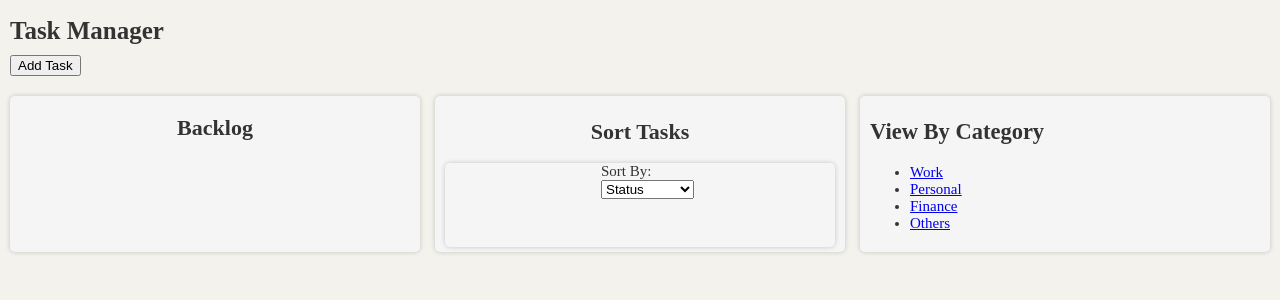
Repository: n-shen/task-tracker
Page: / (app in frontend/)
An editor plug-in stored every save of this project. The page is shown before and after the next save, followed by the edit.
The browser window is 1280 px wide. The pictures show the whole page.
The project was rebuilt for these pictures with package versions that can differ from the ones it lists, and the page was loaded fresh each time. Also part of the build but not shown: frontend/src/components/taskManager/addTask.jsx, frontend/src/components/tasks/task.jsx, frontend/src/components/taskManager/categoryTasks.jsx. Imported but missing from the stored project, and not drawn on this page: frontend/src/reportWebVitals.

Above is the page before, as saved 2023-04-20 14:12:32.

### frontend/public/index.html
<!DOCTYPE html>
<html lang="en">
  <head>
    <meta charset="utf-8" />
    <link rel="icon" href="%PUBLIC_URL%/favicon.ico" />
    <meta name="viewport" content="width=device-width, initial-scale=1" />
    <meta name="theme-color" content="#000000" />
    <meta
      name="description"
      content="Web site created using create-react-app"
    />
    <link rel="apple-touch-icon" href="%PUBLIC_URL%/logo192.png" />
    <!--
      manifest.json provides metadata used when your web app is installed on a
      user's mobile device or desktop. See https://developers.google.com/web/fundamentals/web-app-manifest/
    -->
    <link rel="manifest" href="%PUBLIC_URL%/manifest.json" />
    <!--
      Notice the use of %PUBLIC_URL% in the tags above.
      It will be replaced with the URL of the `public` folder during the build.
      Only files inside the `public` folder can be referenced from the HTML.

      Unlike "/favicon.ico" or "favicon.ico", "%PUBLIC_URL%/favicon.ico" will
      work correctly both with client-side routing and a non-root public URL.
      Learn how to configure a non-root public URL by running `npm run build`.
    -->
    <title>Task Tracker App</title>
  </head>
  <body>
    <noscript>You need to enable JavaScript to run this app.</noscript>
    <div id="root"></div>
    <!--
      This HTML file is a template.
      If you open it directly in the browser, you will see an empty page.

      You can add webfonts, meta tags, or analytics to this file.
      The build step will place the bundled scripts into the <body> tag.

      To begin the development, run `npm start` or `yarn start`.
      To create a production bundle, use `npm run build` or `yarn build`.
    -->
  </body>
</html>

### frontend/src/index.js
import React from "react";
import ReactDOM from "react-dom/client";
import "./styles/index.css";
import App from "./App";
import reportWebVitals from "./reportWebVitals";
import { BrowserRouter } from "react-router-dom";

const root = ReactDOM.createRoot(document.getElementById("root"));
root.render(
  <React.StrictMode>
    <BrowserRouter>
      <App />
    </BrowserRouter>
  </React.StrictMode>
);

// If you want to start measuring performance in your app, pass a function
// to log results (for example: reportWebVitals(console.log))
// or send to an analytics endpoint. Learn more: https://bit.ly/CRA-vitals
reportWebVitals();

### frontend/src/styles/index.css
body {
  margin: 0;
  font-family: -apple-system, BlinkMacSystemFont, 'Segoe UI', 'Roboto', 'Oxygen',
    'Ubuntu', 'Cantarell', 'Fira Sans', 'Droid Sans', 'Helvetica Neue',
    sans-serif;
  -webkit-font-smoothing: antialiased;
  -moz-osx-font-smoothing: grayscale;
  background-color: #f2f5f5;
}

code {
  font-family: source-code-pro, Menlo, Monaco, Consolas, 'Courier New',
    monospace;
}

html {
  font-size: 62.5%;
}

### frontend/src/App.js
import React from "react";
import TaskManager from "./components/taskManager/manager";


function App() {
  return (
    <div className="App">
      <TaskManager />
    </div>
  );
}

export default App;

### frontend/src/components/taskManager/manager.jsx
import React, { useState, useEffect } from "react";
import AddTaskForm from "./addTask";
import TaskList from "../tasks/taskLists";
import SortTasks from "./sortTasks";
import ViewByCategory from "./viewByCategory";
import CategoryTask from "./categoryTasks";
import { Routes, Route } from "react-router-dom";
import "../../styles/manager.css";

const TaskManager = () => {
  const [tasks, setTasks] = useState(
    JSON.parse(localStorage.getItem("tasks")) || []
  );
  const [showAddTask, setShowAddTask] = useState(false);

  useEffect(() => {
    localStorage.setItem("tasks", JSON.stringify(tasks));
  }, [tasks]);

  const handleAddTask = (task) => {
    setTasks([...tasks, task]);
    setShowAddTask(false);
  };

  const handleShowAddTask = () => {
    setShowAddTask(true);
  };

  const handleHideAddTask = () => {
    setShowAddTask(false);
  };

  const handleDeleteTask = (index) => {
    const newTasks = [...tasks];
    newTasks.splice(index, 1);
    setTasks(newTasks);
  };

  const handleEditTask = (index, newTask) => {
    const newTasks = [...tasks];
    newTasks[index] = newTask;
    setTasks(newTasks);
  };

  return (
    <div className="taskManager">
      <div className="taskManager--wrapper">
        <h1 className="taskManager--title">Task Manager</h1>
          <div className="taskManager--addTask">
            <div className="taskManager--addTask__btn">
              <button onClick={handleShowAddTask} className="addTask-btn">
                Add Task
              </button>
            </div>
            <div className="taskManager--addTask__container">
              {showAddTask && (
                <AddTaskForm
                  onAdd={handleAddTask}
                  onHideAddTask={handleHideAddTask}
                />
              )}
            </div>
          </div>
          <div className="taskManager--grid">
          <div className="taskManager--taskList">
            <TaskList
              tasks={tasks}
              onDelete={handleDeleteTask}
              onEdit={handleEditTask}
            />
          </div>
          <div className="taskManager--sort">
            <SortTasks tasks={tasks} />
          </div>
          <div className="taskManager--view">
            <Routes>
              <Route path="/" element={<ViewByCategory tasks={tasks} />} />
              <Route
                path="/category/:category"
                element={<CategoryTask tasks={tasks} />}
              />
            </Routes>
          </div>
        </div>
      </div>
    </div>
  );
};

export default TaskManager;

### frontend/src/components/tasks/taskLists.jsx

import React from "react";
import Task from "./task";
import "../../styles/taskList.css";

const TaskList = ({ tasks, onDelete, onEdit }) => {
  return (
    <div className="taskList">
      <h1 className="taskList--head">Backlog</h1>
      {tasks.map((task, index) => (
        <Task
          key={index}
          index={index}
          task={task}
          onDelete={onDelete}
          onEdit={onEdit}
        />
      ))}
    </div>
  );
};

export default TaskList;

### frontend/src/components/taskManager/sortTasks.jsx
import { React, useState } from "react";
import "../../styles/sortTasks.css";

const SortTask = ({ tasks }) => {
  const [sortBy, setSortBy] = useState("status");

  const sortedTasks =
    tasks?.slice().sort((a, b) => {
      switch (sortBy) {
        case "title":
          return a.title.localeCompare(b.title);
        case "status":
          return a.status.localeCompare(b.status);
        case "dateAdded":
          return new Date(a.dateAdded) - new Date(b.dateAdded);
        case "dueDate":
          return new Date(a.dueDate) - new Date(b.dueDate);
        case "category":
          return a.category.localeCompare(b.category);
        default:
          return 0;
      }
    }) || [];

  const handleSortBy = (e) => {
    setSortBy(e.target.value);
  };

  return (
    <div className="sort">
      <h2 className="sort--head">Sort Tasks</h2>
      <div className="sort--wrapper">
        <div className="sort--select">
          <label htmlFor="sort" className="sort--label">
            Sort By:{" "}
          </label>
          <select name="sort" value={sortBy} onChange={handleSortBy}>
            <option value="title" className="sort--option">
              Title
            </option>
            <option value="status" className="sort--option">
              Status
            </option>
            <option value="dateAdded" className="sort--option">
              Date Added
            </option>
            <option value="dueDate" className="sort--option">
              Due Date
            </option>
          </select>
        </div>
        <div>
          <ul className="sort--lists">
            {sortedTasks.map((task, index) => (
              <li key={index} className="sort--list">
                <p className="sort--list__item">{task.title}</p>
                <p className="sort--list__item">{task.description}</p>
                <p className="sort--list__item">Status: {task.status}</p>
                <p className="sort--list__item">Date Added: {task.dateAdded}</p>
                <p className="sort--list__item">Due Date: {task.dueDate}</p>
                <p className="sort--list__item">Category: {task.category}</p>
              </li>
            ))}
          </ul>
        </div>
      </div>
    </div>
  );
};

export default SortTask;

### frontend/src/components/taskManager/viewByCategory.jsx
import React from "react";
import { Link, useParams } from "react-router-dom";

const ViewByCategory = ({ tasks }) => {
  const categories = ["Work", "Personal", "Finance", "Others"];
  const { category } = useParams();

  const tasksByCategory = (category) => {
    return tasks.filter((task) => task.category === category);
  };

  return (
    <div>
      <h2>View By Category</h2>
      <ul>
        {categories.map((categoryName) => (
          <li key={categoryName}>
            <Link to={`/category/${categoryName}`}>
              {categoryName}
            </Link>
          </li>
        ))}
      </ul>
      {category && (
        <div>
          <h3>{category}</h3>
          <ul>
            {tasksByCategory(category).map((task, index) => (
              <li key={index}>
                <div>Title: {task.title}</div>
                <div>Description: {task.description}</div>
                <div>Status: {task.status}</div>
                <div>Due Date: {task.dueDate}</div>
                <div>Category: {task.category}</div>
              </li>
            ))}
          </ul>
        </div>
      )}
    </div>
  );
};

export default ViewByCategory;

### frontend/src/styles/manager.css
.taskManager {
    background-color: #f3f2ed;
    width: 100%;
    min-height: 100vh;
    display: flex;
    flex-direction: column;
    font-family: 'Fira Sans';
    font-size: 1.5rem;
    font-weight: 400;
    color: #333;
}

.taskManager--wrapper {
    padding: 0 1rem;
}

.taskManager--title {
    font-size: 2.5rem;
    font-weight: 700;
    margin-bottom: 1rem;
}

.taskManager--grid {
    display: grid;
    grid-template-columns: repeat(3, minmax(min-content, 1fr));
    grid-gap: 1.5rem;
    width: 100%;
    padding: 2rem 0;
}

.taskManager--grid > div {
    background-color: 	#F5F5F5;
    border-radius: 0.5rem;
    padding: .5rem 1rem;
    box-shadow: 0 0 0.5rem rgba(0, 0, 0, 0.2);
}

### frontend/src/styles/taskList.css
.taskList {
  display: flex;
  flex-direction: column;
  align-items: flex-start;
  width: 100%;
  height: 100%;
}

.taskList--head {
  align-self: center;
  font-size: 2.2rem;
  font-weight: 700;
}

.task {
  display: flex;
  flex-direction: column;
  align-items: flex-start;
  width: 100%;
  height: 100%;
  margin-bottom: 1rem;
}

.task--wrapper {
  display: flex;
  flex-direction: column;
  align-items: center;
  width: 100%;
  height: 100%;
  border-radius: 0.5rem;
  box-shadow: 0 0 0.5rem rgba(0, 0, 0, 0.2);
}

.task--item {
  display: flex;
  justify-content: center;
  align-items: center;
  width: 70%;
  height: 100%;
  border-bottom: 1px solid #00bfff;
  padding-bottom: 1rem;
  font-size: 1.3rem;
}

strong {
  font-weight: 700;
  margin-right: .5rem;
}

.task--item:last-child {
  border-bottom: none;
}

.task--btns {
  display: flex;
  justify-content: center;
  align-items: center;
  gap: 2rem;
  width: 100%;
  height: 100%;
  padding: 1rem;
}

.task--btn {
  border-radius: 1rem;
  background-color: #00bfff;
  color: #F5F5F5;
  font-size: 1.2rem;
  cursor: pointer;
  padding: 0.5rem 1rem;
  border: none;
  outline: none;
}

.task--btn:hover {
  color: #00bfff;
  background-color: #f3f2ed;
}

### frontend/src/styles/sortTasks.css
.sort {
  display: flex;
  flex-direction: column;
  align-items: flex-start;
  width: 100%;
  height: 100%;
}

.sort--head {
  align-self: center;
  font-size: 2.2rem;
  font-weight: 700;
}

.sort--wrapper {
  display: flex;
  flex-direction: column;
  align-items: center;
  width: 100%;
  height: 100%;
  border-radius: 0.5rem;
  box-shadow: 0 0 0.5rem rgba(0, 0, 0, 0.2);
}

.sort--select {
  width: 20%;
  padding-bottom: 1rem;
}

After the next save:
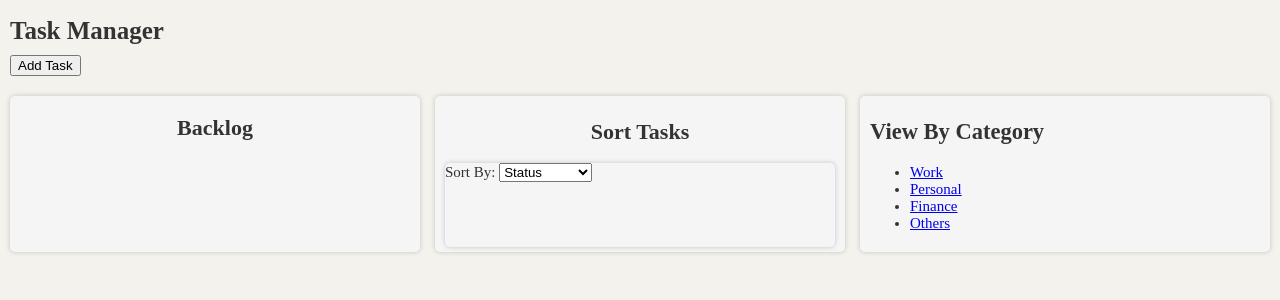
Saved 38 s later.
--- a/frontend/src/styles/sortTasks.css
+++ b/frontend/src/styles/sortTasks.css
@@ -23,6 +23,6 @@
 }
 
 .sort--select {
-  width: 20%;
+  width: 100%;
   padding-bottom: 1rem;
 }
